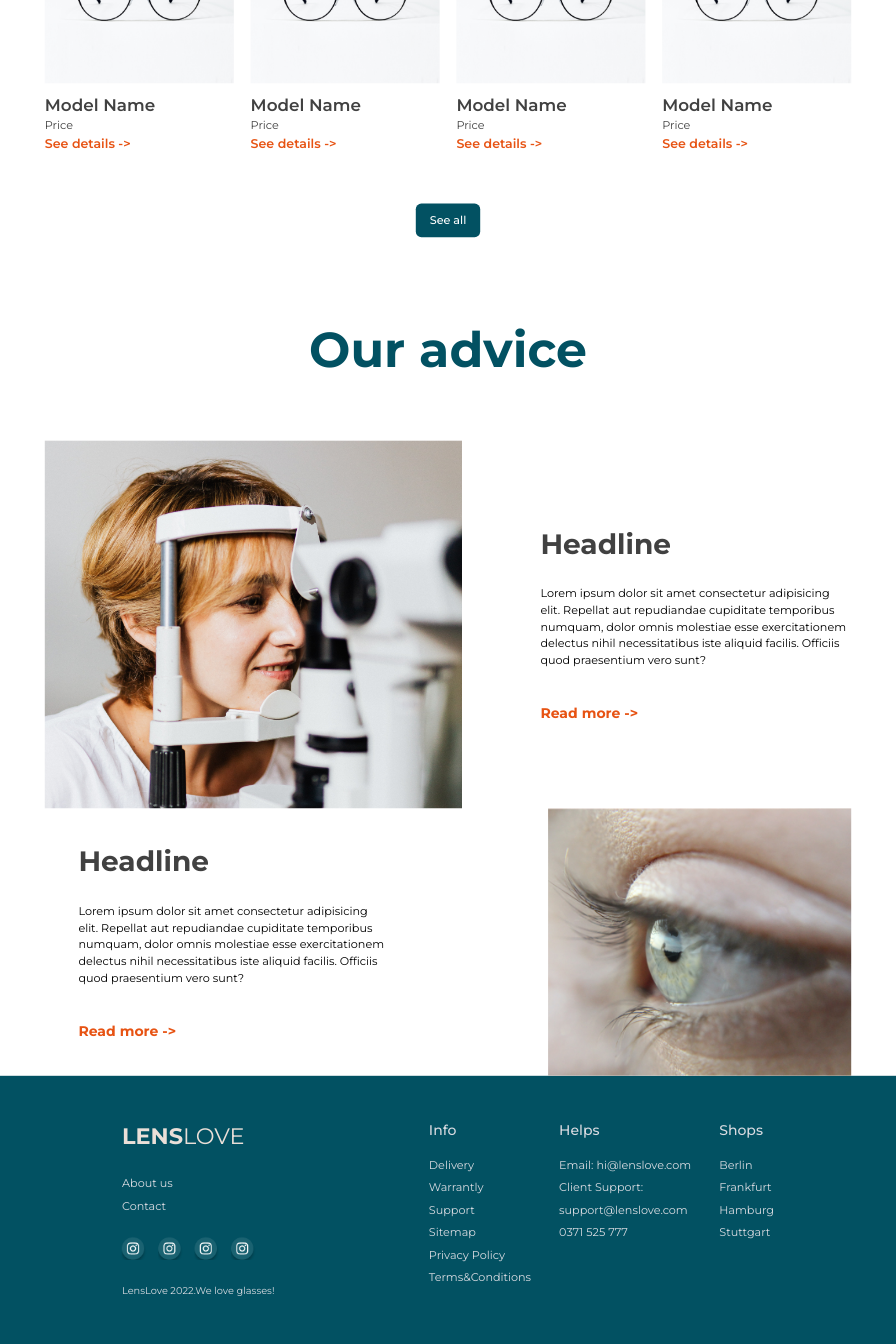
Repository: thienthanhvinh/glasses-react
Page: /
These files come from the project's save history. The page is drawn as it stood at one moment and after the next save; the edit follows.
The browser window is 1280 px wide. The pictures show the part of the page from y = 3547 to 5467 px (the page is 5467 px tall before and 5084 px after), at 70% of full size.
The project was rebuilt for these pictures with package versions that can differ from the ones it lists, and the page was loaded fresh each time. Also part of the build but not shown: src/App.css, src/components/navbar/Navbar.js, src/layout/LayoutMenu.js, src/components/common/FormGroup.js, src/components/input/Input.js, src/components/label/Label.js, src/hooks/useDarkMode.js, src/layout/LayoutAuthentication.js and 3 more.

Above is the page before, as saved 2023-02-13 20:01:11.

After the next save:
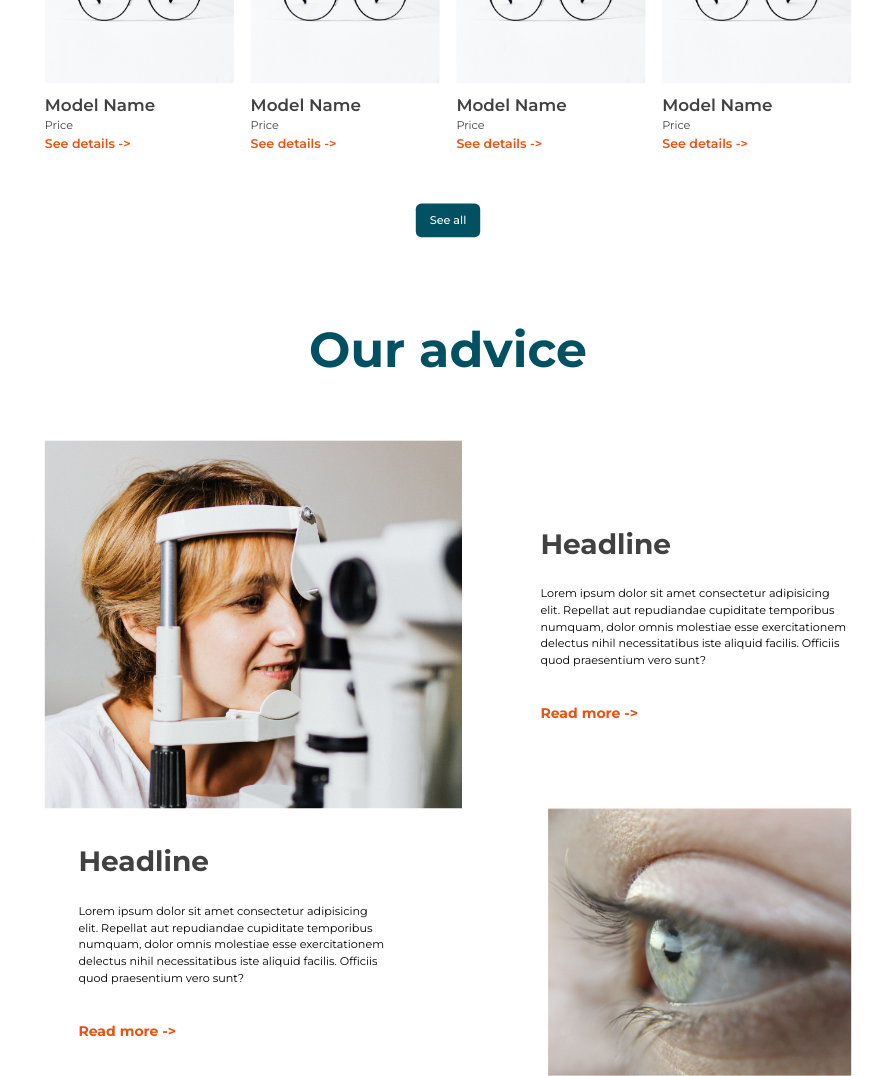
Saved 4 s later.
--- a/src/pages/HomePage.js
+++ b/src/pages/HomePage.js
@@ -55,7 +55,7 @@ const HomePage = () => {
       <Heading className="mb-[80px]">Our advice</Heading>
       <HeadLine></HeadLine>
       <HeadLine type="secondary"></HeadLine>
-      <LayoutFooter></LayoutFooter>
+
     </Fragment>
   );
 };
